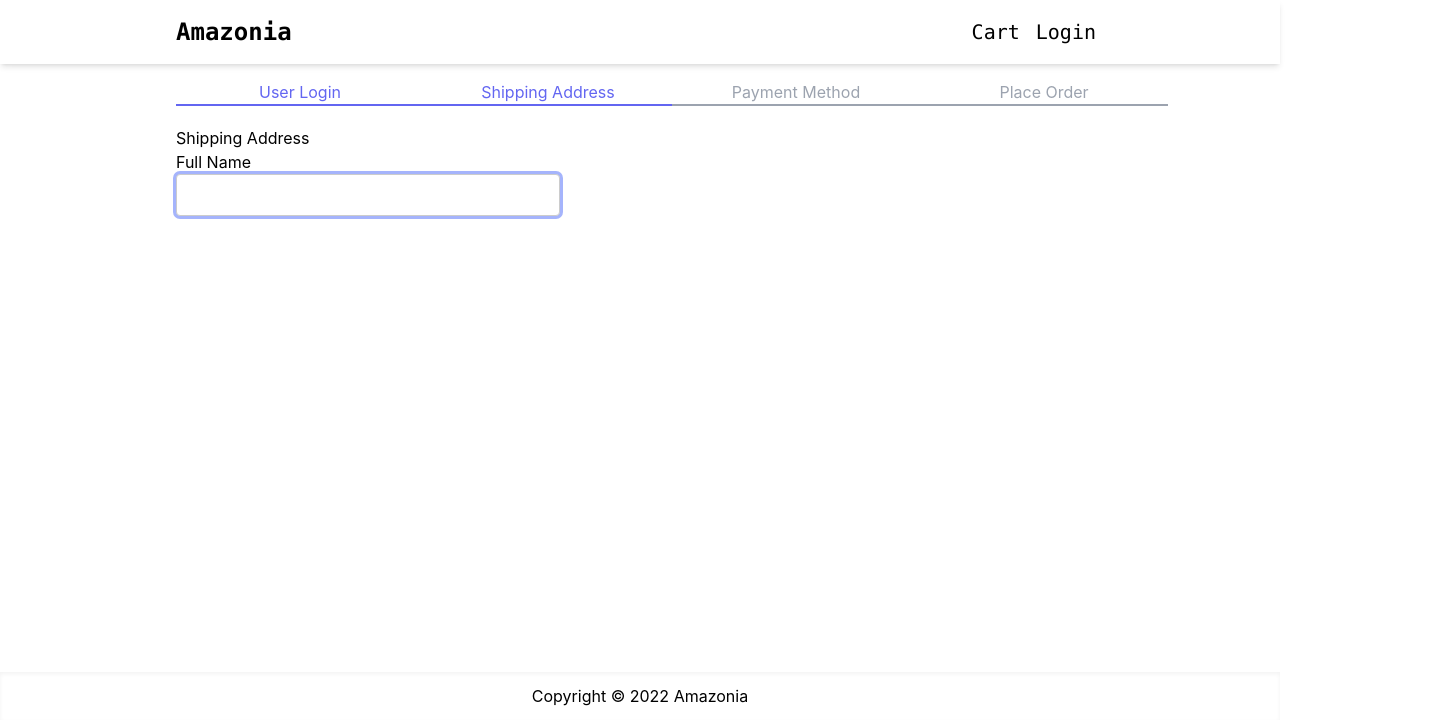
Repository: chidieb11/shop
Page: /shipping
An editor plug-in stored every save of this project. The page is shown before and after a run of saves, followed by the edit.
The browser window is 1280 px wide. The page is 1440 px wide, so the pictures cover 1440 px, including what lies to the right of the window. The pictures show the whole page.
The page's requests for data from a server got no answer. The project was rebuilt for these pictures with package versions that can differ from the ones it lists, and the page was loaded fresh each time. The framework's server and built-in components were replaced by stand-ins that run in the browser. No one was signed in, and anything a server would have sent is missing. Also part of the build but not shown: next.config.js, components/DropdownLink.js.

Above is the page before, as saved 2022-06-28 22:07:43.

After the next 2 saves:
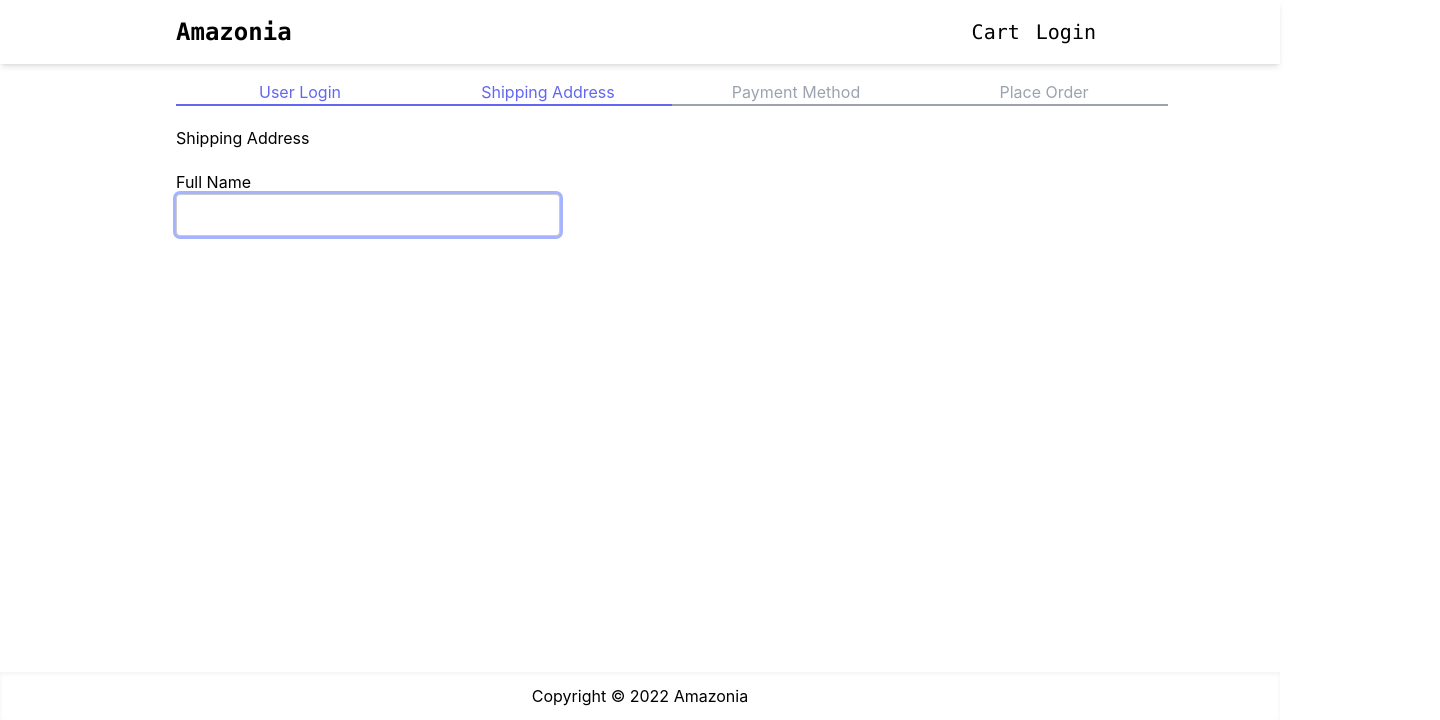
The 2 saves are shown as one change because they came seconds apart.
The last was saved 15 s later.
--- a/pages/shipping.js
+++ b/pages/shipping.js
@@ -16,7 +16,7 @@ const ShippingScreen = () => {
       <CheckoutWizard activeStep={1} />
 
       <form className="mx-auto">
-        <h1 className="capitalize">shipping address</h1>
+        <h1 className="capitalize mb-5">shipping address</h1>
         <div className="mb-4 flex flex-col">
           <label htmlFor="fullName">Full Name</label>
           <input
